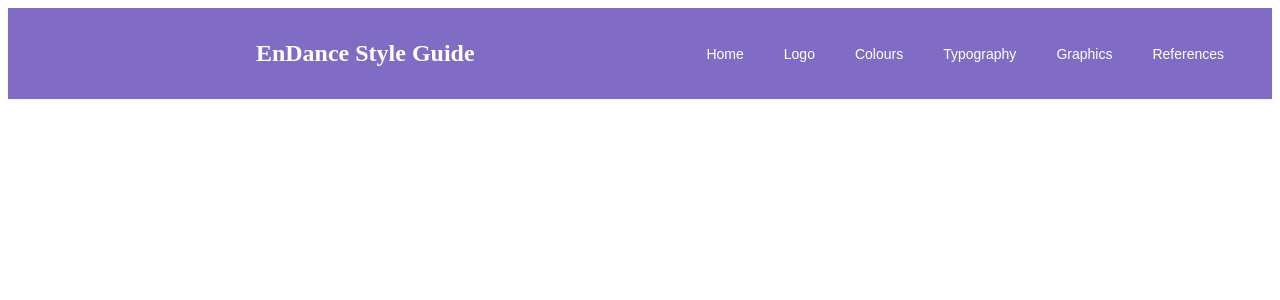
Repository: sarahjx/MDIA2106
Page: html/home.html
An editor plug-in stored every save of this project. The page is shown before and after the next save, followed by the edit.
The browser window is 1280 px wide. The pictures show the whole page.

Above is the page before, as saved 2025-03-31 15:59:36.

After the next save:
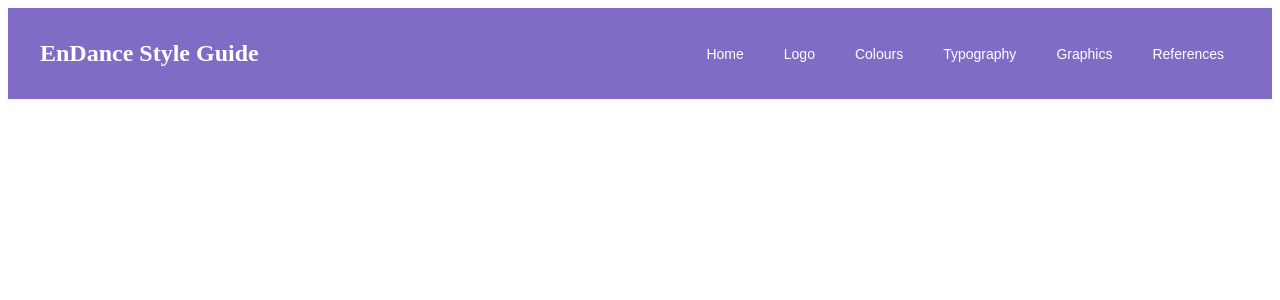
Saved 8 s later.
--- a/styles/styles.css
+++ b/styles/styles.css
@@ -37,6 +37,14 @@
 }
 
 .header__logo {
+/* Layer 1 */
+
+position: absolute;
+left: 0%;
+right: 0%;
+top: 0%;
+bottom: 0%;
+
 
 }
 

After the 2 saves that followed:
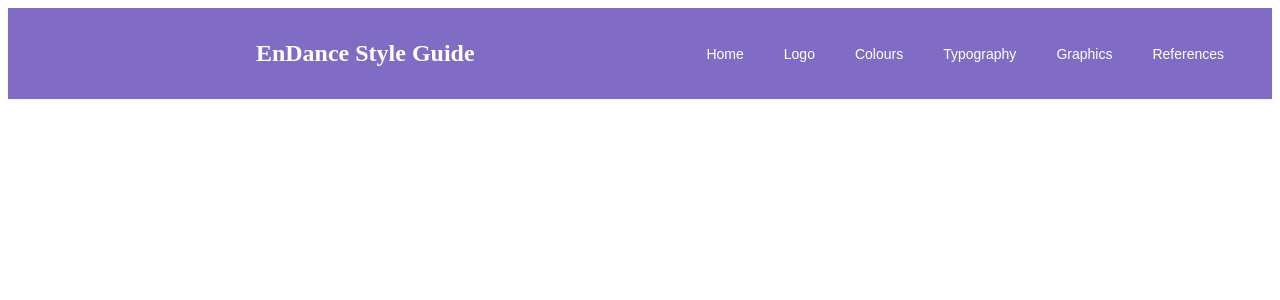
The 2 saves are shown as one change because 1 left the picture as it was.
The last was saved 10 s later.
--- a/styles/styles.css
+++ b/styles/styles.css
@@ -34,18 +34,6 @@
     display: flex;
     justify-content: space-between;
     align-items: center;
-}
-
-.header__logo {
-/* Layer 1 */
-
-position: absolute;
-left: 0%;
-right: 0%;
-top: 0%;
-bottom: 0%;
-
-
 }
 
 .header__title {
